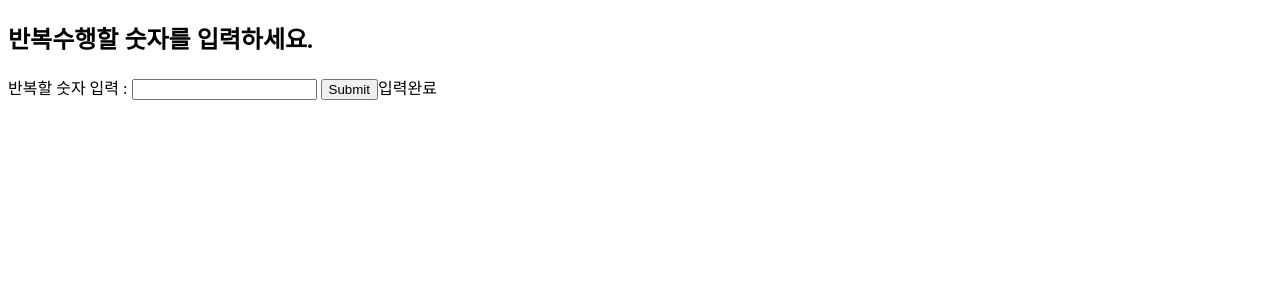
Repository: gugucon-hwan/ForStudyJSP
Page: http://localhost/StudyBasicJSP/ch06/ex06-04Form.jsp
These files come from the project's save history. The page is drawn as it stood at one moment and after the next save; the edit follows.
The browser window is 1280 px wide. The pictures show the whole page.
The page is served by Tomcat 9. Other server files are loaded and not shown.

Above is the page before, as saved 2020-08-15 16:09:34.

### StudyBasicJSP/WebContent/ch06/ex06-04Form.jsp
<%@ page language="java" contentType="text/html; charset=UTF-8"
    pageEncoding="UTF-8"%>
<!DOCTYPE html>
<html>
<head>
<meta charset="UTF-8">
<title>ex06-04Form.jsp</title>
</head>
<body>
	<h2>반복수행할 숫자를 입력하세요.</h2>
	<form method="post" action="ex06-04Pro.jsp">
	반복할 숫자 입력 : <input type="text" name="localNum">
	<input type="submit">입력완료
	</form>
</body>
</html>

After the next save:
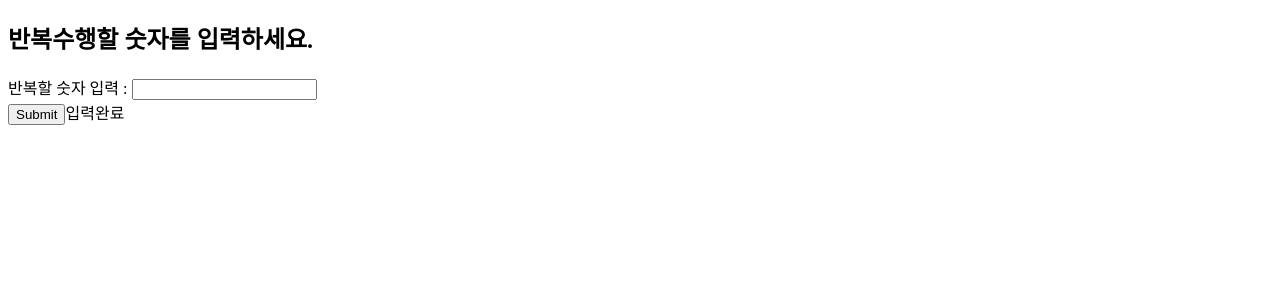
Saved 12 s later.
--- a/StudyBasicJSP/WebContent/ch06/ex06-04Form.jsp
+++ b/StudyBasicJSP/WebContent/ch06/ex06-04Form.jsp
@@ -9,7 +9,7 @@
 <body>
 	<h2>반복수행할 숫자를 입력하세요.</h2>
 	<form method="post" action="ex06-04Pro.jsp">
-	반복할 숫자 입력 : <input type="text" name="localNum">
+	반복할 숫자 입력 : <input type="text" name="localNum"><br>
 	<input type="submit">입력완료
 	</form>
 </body>
